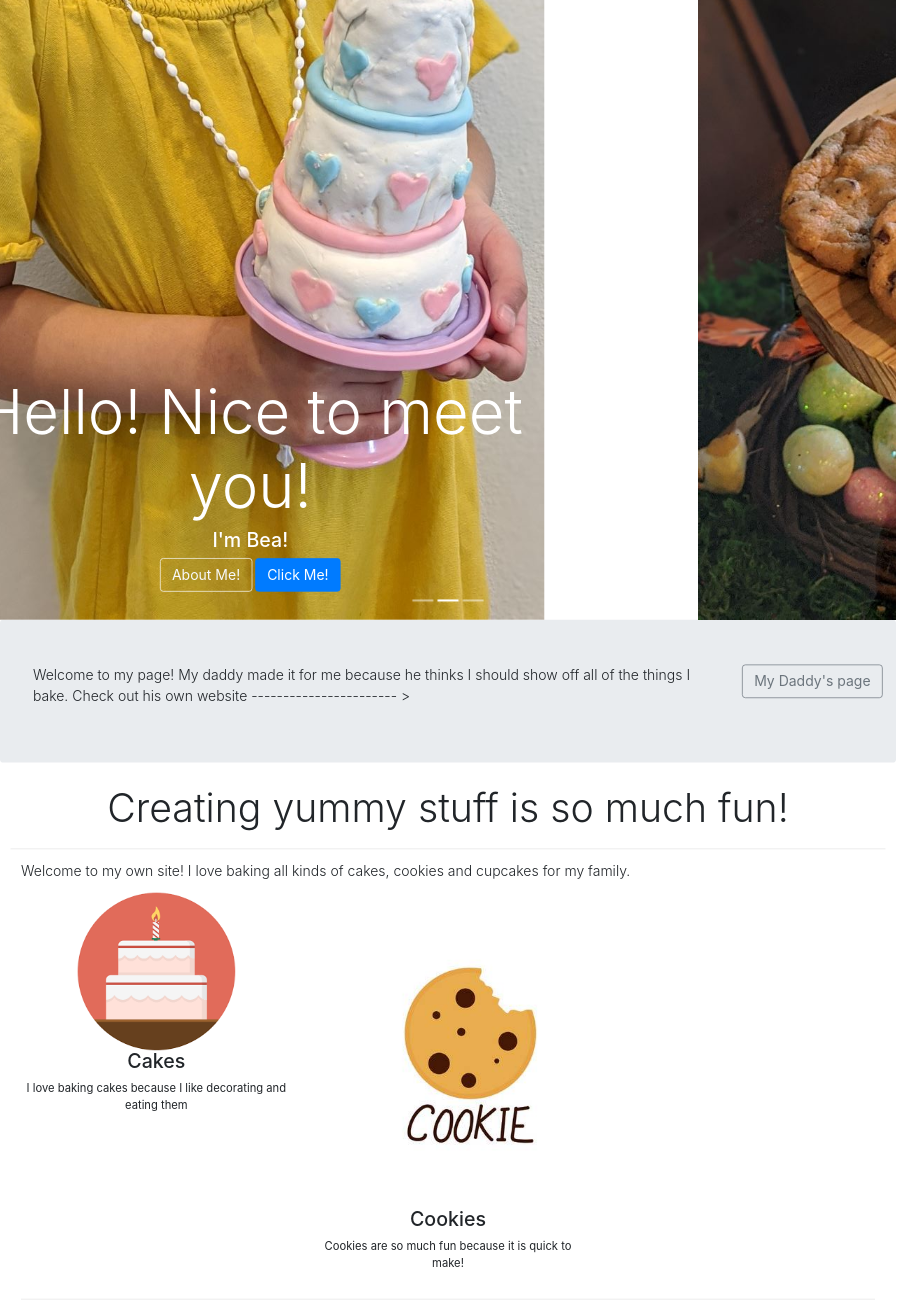
Repository: djzaragoza/Bea-Creation
Page: index.html
These files come from the project's save history. The page is drawn as it stood at one moment and after the next save; the edit follows.
The browser window is 1280 px wide. The page is 1280 px wide, then 1313 px, so the pictures cover 1313 px, including what lies to the right of the window. The pictures show the part of the page from y = 1056 to 2936 px (the page is 2936 px tall), at 70% of full size.
Some web libraries are served in a nearby version.

Above is the page before, as saved 2020-04-07 12:36:47.

### index.html
<!DOCTYPE html>
<html lang="en">
<head>
    <meta charset="utf-8">
    <meta name="viewport" content="width=device-width, initial-scale=1">
    <title>Bea's Creation</title>
    <link rel="stylesheet" href="https://maxcdn.bootstrapcdn.com/bootstrap/4.0.0/css/bootstrap.min.css">
    <script src="https://ajax.googleapis.com/ajax/libs/jquery/3.3.1/jquery.min.js"></script>
    <script src="https://cdnjs.cloudflare.com/ajax/libs/popper.js/1.12.9/umd/popper.min.js"></script>
    <script src="https://maxcdn.bootstrapcdn.com/bootstrap/4.0.0/js/bootstrap.min.js"></script>
    <script src="https://use.fontawesome.com/releases/v5.0.8/js/all.js"></script>
    <link rel="style.css" rel="stylesheet">
</head>
<body>

<!-- navigation -->
<nav class="navbar navbar-expand-md navbar-light bg-light sticky-top">
<div class="container-fluid">
    <a class="navbar-brand" href="#"><img src=""></a>
    <button class="navbar-toggler" type="button" data-toggle="collapse" data-target="#navbarResponsive">
        <span class="navbar-toggler-icon"></span>
    </button>
    <div class="collapse navbar-collapse" id="navbarResponsive">
        <ul class="navbar-nav ml-auto">
            <li class="nav-item active">
                <a class="nav-link" href="#">Home</a>
            </li>
            <li class="nav-item">
                <a class="nav-link" href="#">Cakes</a>
            </li>
            <li class="nav-item">
                <a class="nav-link" href="#">Cupcakes</a>
            </li>
            <li class="nav-item">
                <a class="nav-link" href="#">Cookies</a>
            </li>
        </ul>
    </div>

</div>


</nav>


<!-- image slider -->
<div id="slides" class="carousel slide" data-ride="carousel">
    <ul class="carousel-indicators">
        <li data-target="#slides" data-slide-to="0" class="active"></li>
        <li data-target="#slides" data-slide-to="1">
        <li data-target="#slides" data-slide-to="2">
    </ul>
    <div class="carousel-inner">
        <div class="carousel-item active">
            <img src="img/bea_cover_photo.jpg">
            <div class="carousel-caption">
                <h1 class="display-2">Hello! Nice to meet you!</h1>
                <h3>I'm Bea!</h3>
                <button type="button" class="btn btn-outline-light btn-lg">About Me!</button>
                <button type="button" class="btn btn-primary btn-lg">Click Me!</button>
            </div>
        </div>
        <div class="carousel-item">
            <img src="img/bea_home_cookies.jpg">
        </div>
        <div class="carousel-item">
            <img src="img/bea_home_cupcakes.jpg">
        </div>
    </div>
</div>


<!-- jumbotron -->
<div class="container-fluid">
    <div class="row jumbotron">
        <div class="column-xs-12 col-sm-12 col-md-9 col-lg-9 col-xl-10">
            <p class="lead">Welcome to my page!  My daddy made it for me because he thinks I should show off all of the things I bake.  Check out his own website      ----------------------- > </p>
        </div>
        <div class="col-xs-12 col-sm-12 col-md-3 col-lg-3 col-xl-2">
            <a href="https://www.djzaragoza.dev" target="_blank"><button type="button" class="btn btn-outline-secondary btn-lg">My Daddy's page</button></a>
        </div>

    </div>
</div>

<!-- welcome section -->

<div class="container-fluid padding">
<div class="row welcome text-center">
    <div class="col-12">
        <h1 class="display-4">Creating yummy stuff is so much fun!</div>
    </div>
    <hr>
    <div class="col-12">
        <p class="lead">Welcome to my own site!  I love baking all kinds of cakes, cookies and cupcakes for my family.</p>
    </div>
<div>
</div>

<!-- three column section -->
<div class="container-fluid padding">
<div class="row text-center padding">
    <div class="col-xs-12 col-sm-6 col-md-4">
        <img src="img/cake_icon.png">
        <h3>Cakes</h3>
        <p>I love baking cakes because I like decorating and eating them</p>
    </div>
    <div class="col-xs-12 col-sm-6 col-md-4">
        <img src="img/cookie_icon.jpg">
        <h3>Cookies</h3>
        <p>Cookies are so much fun because it is quick to make!</p>
    </div>
</div>
<hr class="my-4">
</div>

<!-- two column section -->

<!-- fixed background -->

<!-- emoji section -->

<!-- meet the team -->

<!-- cards -->

<!-- two column section -->







</body>



</html>

After the next save:
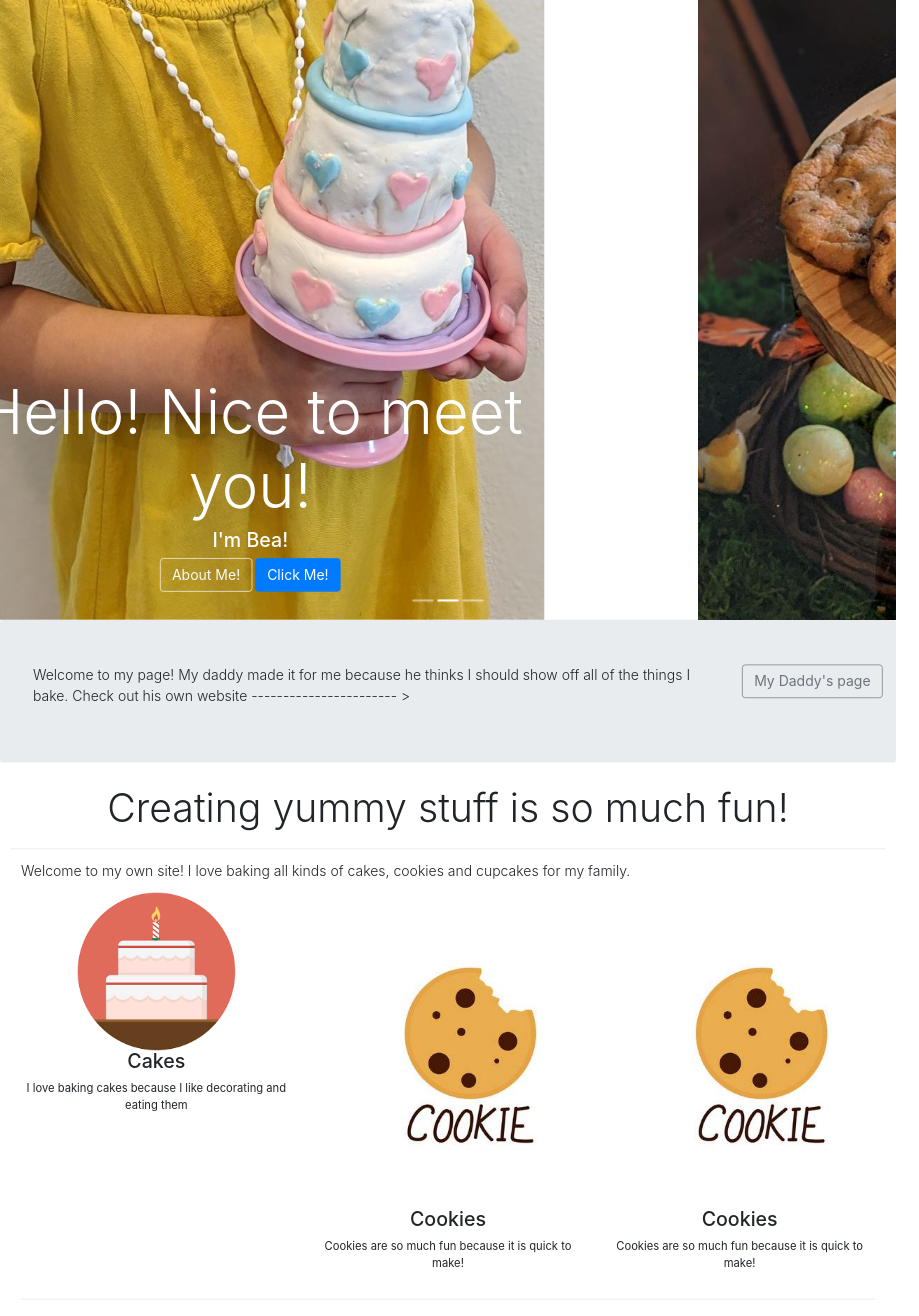
Saved 2 min 8 s later.
--- a/index.html
+++ b/index.html
@@ -110,6 +110,11 @@
         <h3>Cookies</h3>
         <p>Cookies are so much fun because it is quick to make!</p>
     </div>
+    <div class="col-xs-12 col-sm-6 col-md-4">
+        <img src="img/cookie_icon.jpg">
+        <h3>Cookies</h3>
+        <p>Cookies are so much fun because it is quick to make!</p>
+    </div>
 </div>
 <hr class="my-4">
 </div>
